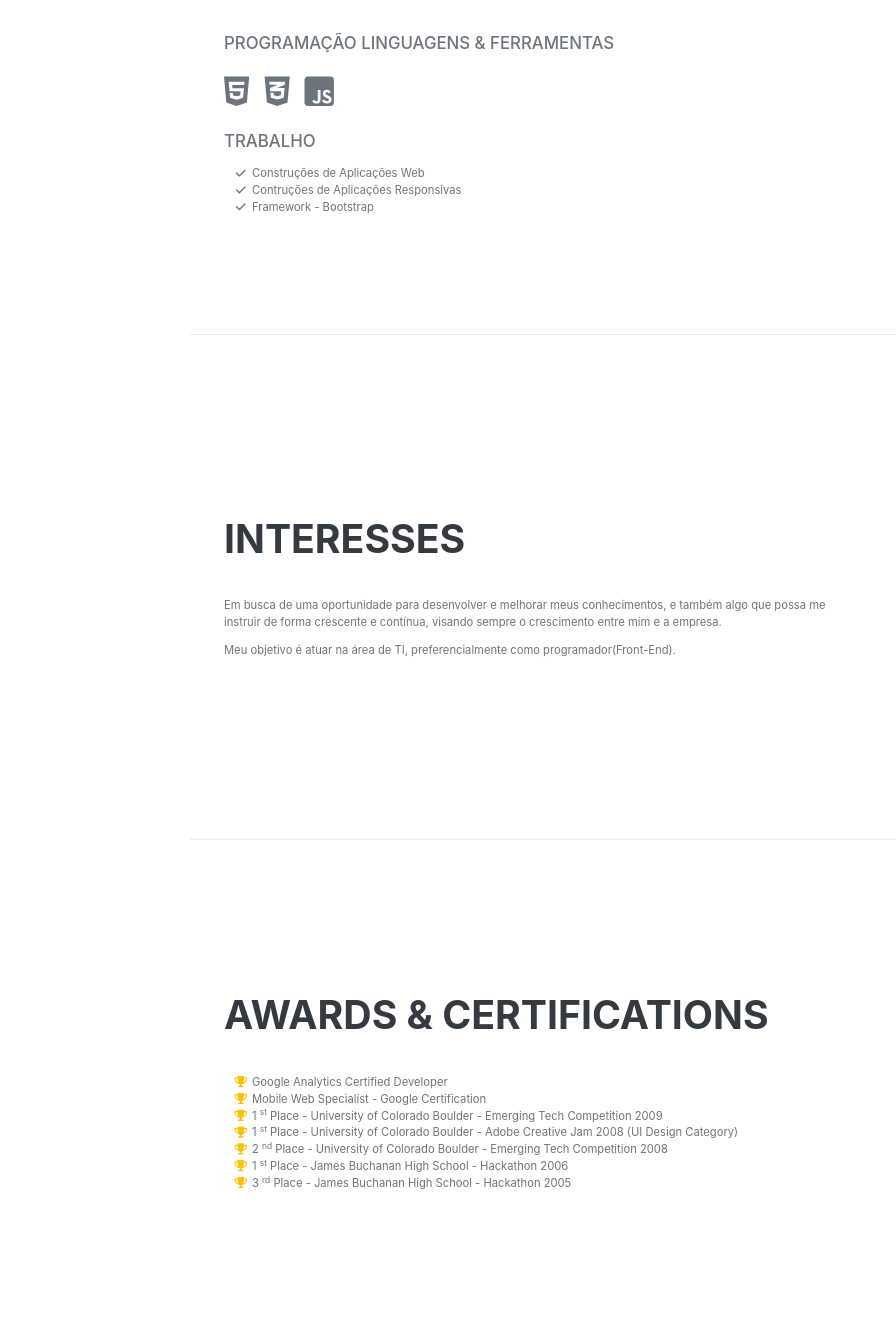
Repository: JuniorRoth/Curriculo-Web
Page: public/index.html
The author's editor kept a copy of each file at every save. The page is drawn from the files as they stood at one save, then again after the next save.
The browser window is 1280 px wide. The pictures show the part of the page from y = 2405 to 4325 px (the page is 4325 px tall), at 70% of full size.
Some web fonts or font styles are not loaded; a fallback is used. Some web libraries are served in a nearby version.

Above is the page before, as saved 2023-02-08 09:43:24.

After the next save:
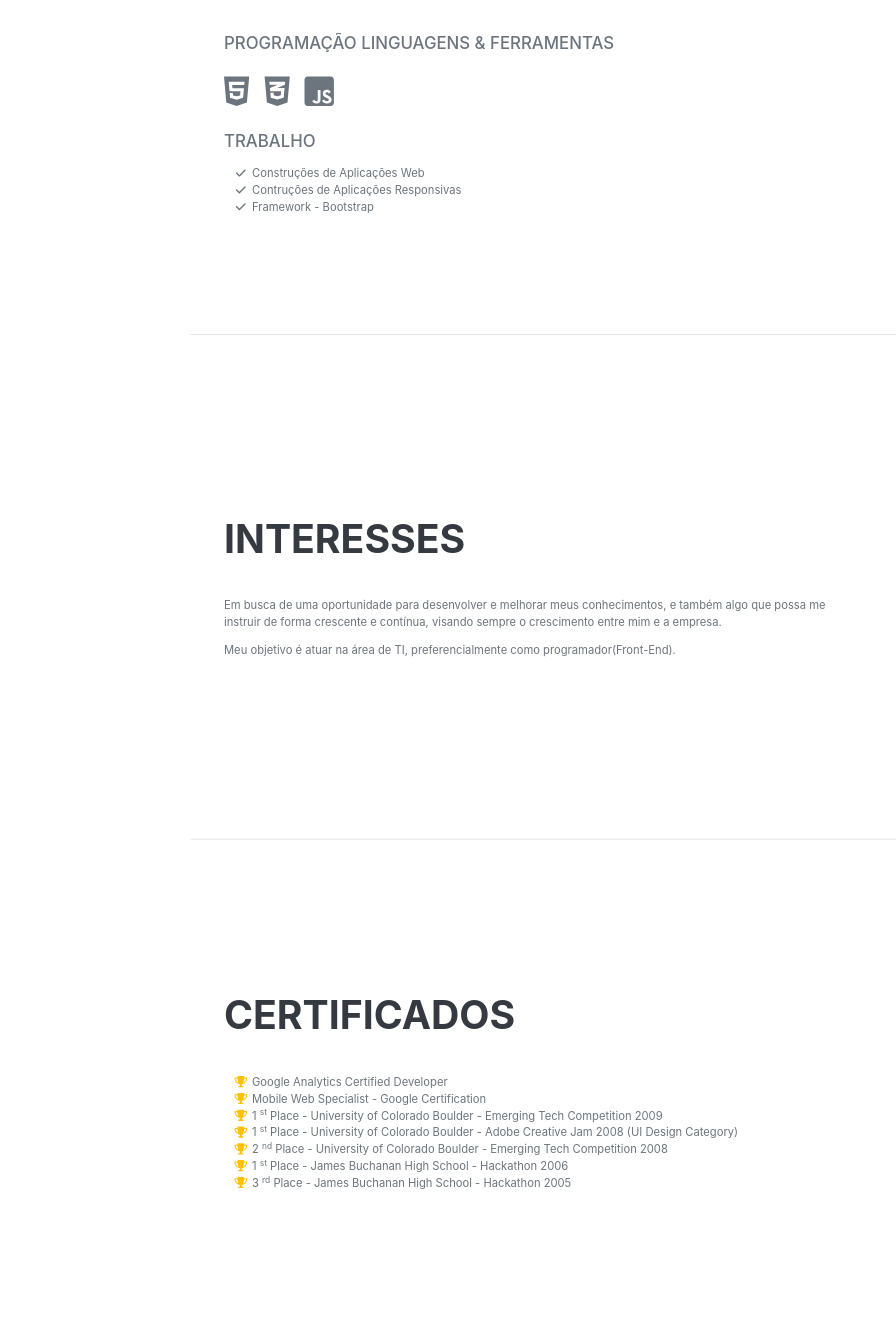
Saved 15 min 35 s later.
--- a/public/index.html
+++ b/public/index.html
@@ -131,7 +131,7 @@
             <!-- Awards-->
             <section class="resume-section" id="awards">
                 <div class="resume-section-content">
-                    <h2 class="mb-5">Awards & Certifications</h2>
+                    <h2 class="mb-5">Certificados</h2>
                     <ul class="fa-ul mb-0">
                         <li>
                             <span class="fa-li"><i class="fas fa-trophy text-warning"></i></span>
